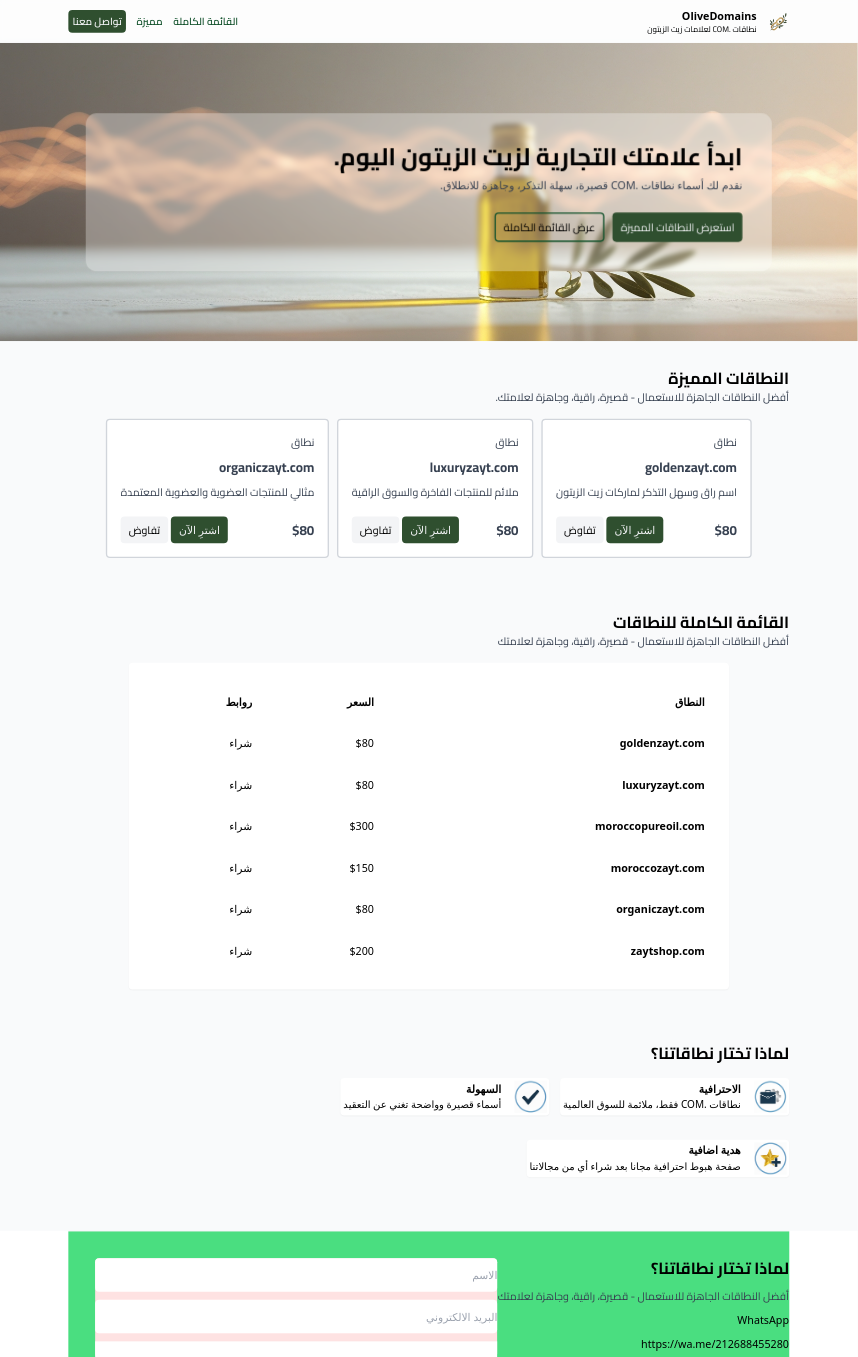
Repository: zakaria-bn05/Olive-oil-domaine-names-english-version
Page: index.html
These files come from the project's save history. The page is drawn as it stood at one moment and after the next save; the edit follows.
The browser window is 1280 px wide. The pictures show the whole page, at 67% of full size.
Some web libraries are served in a nearby version.

Above is the page before, as saved 2025-11-17 13:18:34.

### index.html
<!DOCTYPE html>
<html lang="ar" dir="rtl">

<head>
    <meta charset="UTF-8">
    <meta name="viewport" content="width=device-width, initial-scale=1.0">
    <script src="https://cdn.tailwindcss.com"></script>
    <link href="https://fonts.googleapis.com/css2?family=Cairo:wght@300;400;600;700;800&display=swap" rel="stylesheet">
    <title>Document</title>
    <style>
        .font-cairo {
            font-family: 'Cairo', system-ui, -apple-system, 'Segoe UI', Roboto, sans-serif;
        }

        .nav-link {
            font-size: 0.95rem;
            font-weight: 600;
        }

        .nav-link:hover {
            opacity: 0.92;
        }

        .bg-olive-btn {
            background-color: #2f4f2f;
        }

        .bg-olive-btn:hover {
            filter: contrast(80%);
        }

        .header {
            height: 445px;
            background-image: url('assets/header-picture.jpg');
            background-size: cover;
            background-position: center;
        }

        /* Tables: add vertical spacing between rows */
        .table-spaced {
            border-collapse: separate;
            border-spacing: 0 0.9rem;
        }

        .table-spaced th,
        .table-spaced td {
            background: white;
            padding: 0.75rem 1rem;
            border-radius: 8px;
        }

        /* remove default header bottom border so spacing is visible */
        .table-spaced thead th {
            background: transparent;
            font-weight: 700;
        }
    </style>
</head>

<body class="min-h-screen flex flex-col">
    <main class="font-Cairo w-full flex-1 flex flex-col bg-gray-50 text-gold-dark ">
        <nav
            class="sticky top-0 z-30 bg-white/60 backdrop-blur-sm flex w-full h-16 px-[8%] items-center justify-between gap-1">


            <div class="flex-1 flex justify-start items-center gap-[2%]">
                <img src="assets/logo.png" class=" w-8 " href="#" alt="Website Logo">
                <div>
                    <p class="text-right font-bold">OliveDomains</p>
                    <p class="text-xs font-cairo">نطاقات .COM لعلامات زيت الزيتون</p>
                </div>
            </div>
            <div class="flex items-center gap-4">
                <a href="" class="text-green-900 nav-link font-cairo">القائمة الكاملة</a>
                <a href="" class="text-green-900 nav-link font-cairo">مميزة</a>
                <a href="" class="bg-olive-btn rounded-md p-[6px] text-gray-100 nav-link font-cairo">تواصل معنا</a>
            </div>
        </nav>
        <header class="header flex items-center justify-center z-10 relative ">
            <div class="bg-white rounded-2xl backdrop-blur-sm bg-opacity-30 w-4/5 p-11 flex flex-col gap-3 ">
                <h1 class="font-cairo text-4xl font-bold text-right "> ابدأ علامتك التجارية لزيت الزيتون اليوم.</h1>
                <p class="text-gray-700 text-right text-ms ">
                    نقدم لك أسماء نطاقات .COM قصيرة، سهلة التذكر، وجاهزة للانطلاق.
                </p>
                <div class="flex md:flex-row flex-col gap-3 mt-4 ">
                    <button class="font-cairo bg-olive-btn px-3 py-2 text-gray-100 rounded-md">استعرض النطاقات
                        المميزة</button>
                    <button class="font-cairo px-3 py-2 rounded-md border-2 border-green-900 ">عرض القائمة
                        الكاملة</button>
                </div>
            </div>
        </header>
        <article class="px-[8%] py-10">
            <h1 class="font-cairo text-2xl font-bold">النطاقات المميزة</h1>
            <p class="font-cairo text-xm text-gray-700 ">أفضل النطاقات الجاهزة للاستعمال - قصيرة، راقية، وجاهزة لعلامتك.
            </p>
            <div class="flex gap-3 flex-wrap justify-center">
                <div class="bg-white border-2 border-gray-300 rounded-md p-5 mt-5 w-100 flex flex-col gap-3 ">
                    <p class=" font-cairo text-xm text-gray-700 ">نطاق
                    </p>
                    <p class=" font-cairo text-xl text-gray-700 font-bold ">goldenzayt.com
                    </p>
                    <p class=" font-cairo text-xm text-gray-700 ">اسم راق وسهل التذكر لماركات زيت الزيتون
                    </p>
                    <div class="flex items-center mt-auto w-full justify-between">

                        <p class=" font-cairo text-xl text-gray-700 font-bold mt-3 ">$80</p>
                        <div class="justify-end">
                            <button class="bg-olive-btn px-3 py-2 text-gray-100 rounded-md mt-3">اشترِ الآن
                            </button>
                            <button class="font-cairo bg-olive-btn px-3 py-2 bg-gray-100 rounded-md mt-3"> تفاوض
                            </button>
                        </div>

                    </div>
                </div>
                <div class="bg-white border-2 border-gray-300 rounded-md p-5 w-100 mt-5 flex flex-col gap-3 ">
                    <p class=" font-cairo text-xm text-gray-700 ">نطاق
                    </p>
                    <p class=" font-cairo text-xl text-gray-700 font-bold ">luxuryzayt.com
                    </p>
                    <p class=" font-cairo text-xm text-gray-700 ">ملائم للمنتجات الفاخرة والسوق الراقية
                    </p>
                    <div class="flex items-center mt-auto w-full justify-between">

                        <p class=" font-cairo text-xl text-gray-700 font-bold mt-3 ">$80</p>
                        <div class="justify-end">
                            <button class="bg-olive-btn px-3 py-2 text-gray-100 rounded-md mt-3">اشترِ الآن
                            </button>
                            <button class="font-cairo bg-olive-btn px-3 py-2 bg-gray-100 rounded-md mt-3"> تفاوض
                            </button>
                        </div>

                    </div>
                </div>
                <div class="bg-white border-2 border-gray-300 rounded-md p-5 mt-5 w-100 flex flex-col gap-3 ">
                    <p class=" font-cairo text-xm text-gray-700 ">نطاق
                    </p>
                    <p class=" font-cairo text-xl text-gray-700 font-bold ">organiczayt.com
                    </p>
                    <p class=" font-cairo text-xm text-gray-700 ">مثالي للمنتجات العضوية والعضوية المعتمدة
                    </p>
                    <div class="flex items-center w-full justify-between">

                        <p class=" font-cairo text-xl text-gray-700 font-bold mt-3 ">$80</p>
                        <div class="justify-end mt-auto">
                            <button class="bg-olive-btn px-3 py-2 text-gray-100 rounded-md mt-3">اشترِ الآن
                            </button>
                            <button class="font-cairo bg-olive-btn px-3 py-2 bg-gray-100 rounded-md mt-3"> تفاوض
                            </button>
                        </div>

                    </div>
                </div>
        </article>
        <article class="px-[8%] py-10">
            <h1 class="font-cairo text-2xl font-bold"> القائمة الكاملة للنطاقات</h1>
            <p class="font-cairo text-xm text-gray-700 ">أفضل النطاقات الجاهزة للاستعمال - قصيرة، راقية، وجاهزة لعلامتك
            </p>
            <div class="flex justify-center w-full">
                <table class=" w-5/6 text-right mt-5 bg-white p-5 rounded-md table-spaced shadow-sm">
                    <tr class="border-b-2 p-5">
                        <th>النطاق</th>
                        <th>السعر</th>
                        <th>روابط</th>
                    </tr>
                    <tr>
                        <td class="font-bold ">goldenzayt.com</td>
                        <td>$80</td>
                        <td><a href="" class="hover:border-b-2 border-black"> شراء</a></td>
                    </tr>
                    <tr>
                        <td class="font-bold ">luxuryzayt.com</td>
                        <td>$80</td>
                        <td><a href="" class="hover:border-b-2 border-black"> شراء</a></td>
                    </tr>
                    <tr>
                        <td class="font-bold ">moroccopureoil.com</td>
                        <td>$300</td>
                        <td><a href="" class="hover:border-b-2 border-black"> شراء</a></td>
                    </tr>
                    <tr>
                        <td class="font-bold ">moroccozayt.com</td>
                        <td>$150</td>
                        <td><a href="" class="hover:border-b-2 border-black"> شراء</a></td>
                    </tr>
                    <tr>
                        <td class="font-bold ">organiczayt.com</td>
                        <td>$80</td>
                        <td><a href="" class="hover:border-b-2 border-black"> شراء</a></td>
                    </tr>
                    <tr>
                        <td class="font-bold ">zaytshop.com</td>
                        <td>$200</td>
                        <td><a href="" class="hover:border-b-2 border-black"> شراء</a></td>
                    </tr>
                </table>
            </div>

        </article>
        <article class="px-[8%] py-10">
            <h1 class="font-cairo text-2xl font-bold"> لماذا تختار نطاقاتنا؟ </h1>
            <div class="flex flex-wrap gap-4">
                <div class=" flex gap-5 mt-5 bg-white p-1 rounded-md shadow-sm ">
                    <img src=" assets/pro-logo.png" class="w-12 h-12" alt="">
                    <div>
                        <p class="font-bold">الاحترافية</p>
                        <p class="text-[15px]">نطاقات .COM فقط، ملائمة للسوق العالمية</p>
                    </div>
                </div>
                <div class="flex gap-5 mt-5 bg-white p-1 rounded-md shadow-sm ">
                    <img src="assets/easy-logo.png" class="w-12 h-12" alt="">
                    <div>
                        <p class="font-bold">السهولة</p>
                        <p class="text-[15px]"> أسماء قصيرة وواضحة تغني عن التعقيد</p>
                    </div>
                </div>
                <div class="flex gap-5 mt-5 bg-white p-1 rounded-md shadow-sm ">
                    <img src="assets/bonus-logo.png" class="w-12 h-12" alt="">
                    <div>
                        <p class="font-bold">هدية اضافية</p>
                        <p class="text-[15px]"> صفحة هبوط احترافية مجانا بعد شراء أي من مجالاتنا </p>
                    </div>
                </div>
            </div>

        </article>
        <article class="px-[8%] mt-10 bg-white">
            <hr>
            <div class="flex flex-wrap justify-between pt-10 bg-green-400">
                <div class="flex flex-col gap-3">
                    <h1 class="font-cairo text-2xl font-bold "> لماذا تختار نطاقاتنا؟ </h1>
                    <p class="font-cairo text-xm text-gray-700 ">أفضل النطاقات الجاهزة للاستعمال - قصيرة، راقية، وجاهزة
                        لعلامتك
                    </p>
                    <a href="https://wa.me/212688455280">WhatsApp</a>
                    <a href="https://wa.me/212688455280">https://wa.me/212688455280</a>
                </div>
                <div class="flex flex-col gap-3 ml-10 bg-red-100 w-[600px] rounded-md">
                    <input type="text" class="w-full h-[50px] rounded-md " placeholder="الاسم">
                    <input type="text" class="w-full h-[50px] rounded-md " placeholder="البريد الالكتروني">
                    <input type="text" placeholder=" ">
                </div>
            </div>
        </article>
    </main>
</body>

</html>

After the next save:
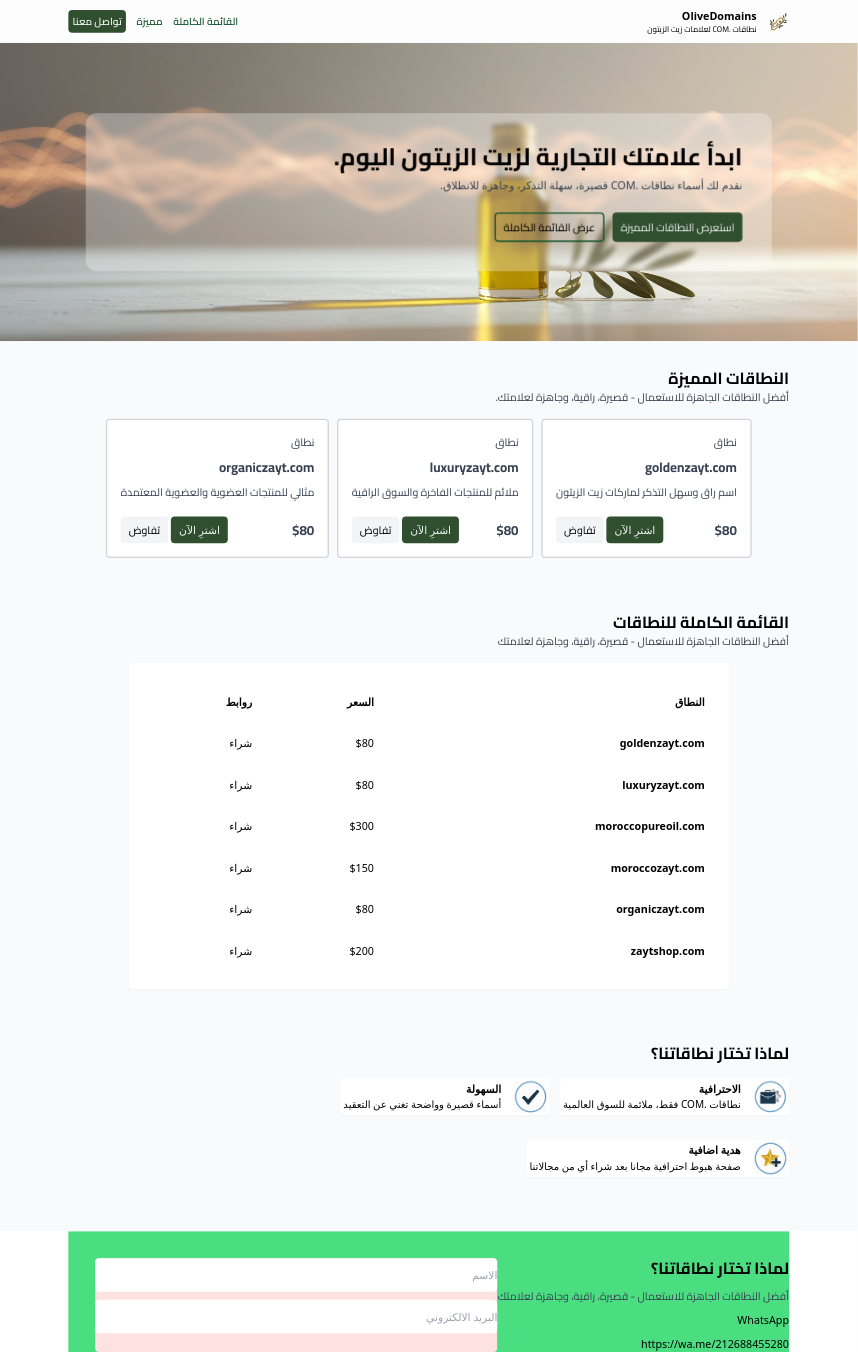
Saved 5 s later.
--- a/index.html
+++ b/index.html
@@ -239,7 +239,6 @@
                 <div class="flex flex-col gap-3 ml-10 bg-red-100 w-[600px] rounded-md">
                     <input type="text" class="w-full h-[50px] rounded-md " placeholder="الاسم">
                     <input type="text" class="w-full h-[50px] rounded-md " placeholder="البريد الالكتروني">
-                    <input type="text" placeholder=" ">
                 </div>
             </div>
         </article>
